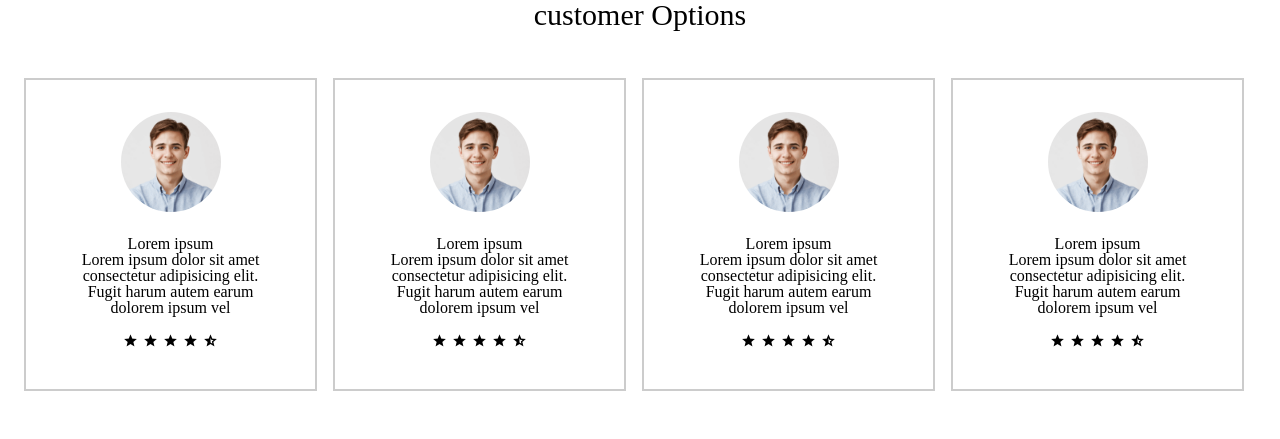
Repository: dinhhaidh/slider-3
Page: index.html
An editor plug-in stored every save of this project. The page is shown before and after the next save, followed by the edit.
The browser window is 1280 px wide. The pictures show the whole page.

Above is the page before, as saved 2024-03-22 21:07:43.

### index.html
<!DOCTYPE html>
<html lang="en">
<head>
    <meta charset="UTF-8">
    <meta name="viewport" content="width=device-width, initial-scale=1.0">
    <title>Document</title>
    <link rel="stylesheet" href="https://cdnjs.cloudflare.com/ajax/libs/remixicon/4.2.0/remixicon.min.css">

    <link rel="stylesheet" href="./css/swiper-bundle.min.css">

    <link rel="stylesheet" href="./css/style.css">

</head>
<body>
    <div class="customer">
        <h3 class="customer__title">customer Options</h3>
        <div class="customer__container container">
            <div class="customer__swiper swiper">
                <div class="swiper-wrapper">
                    <article class="customer__article swiper-slide">
                        <img src="./img1.png" alt="image" class="customer__img">

                        <h2 class="customer__heading">Lorem ipsum</h2>
                        <p>
                            Lorem ipsum dolor sit amet consectetur adipisicing elit. Fugit harum autem earum dolorem ipsum vel
                        </p>
                        <div class="customer__star">
                            <i class="ri-star-s-fill"></i>
                            <i class="ri-star-s-fill"></i>
                            <i class="ri-star-s-fill"></i>
                            <i class="ri-star-s-fill"></i>
                            <i class="ri-star-half-s-line"></i>
                        </div>
                    </article>
                    <article class="customer__article swiper-slide">
                        <img src="./img1.png" alt="image" class="customer__img">

                        <h2 class="customer__heading">Lorem ipsum</h2>
                        <p>
                            Lorem ipsum dolor sit amet consectetur adipisicing elit. Fugit harum autem earum dolorem ipsum vel
                        </p>

                        <div class="customer__star">
                            <i class="ri-star-s-fill"></i>
                            <i class="ri-star-s-fill"></i>
                            <i class="ri-star-s-fill"></i>
                            <i class="ri-star-s-fill"></i>
                            <i class="ri-star-half-s-line"></i>
                        </div>
                    </article>

                    <article class="customer__article swiper-slide">
                        <img src="./img1.png" alt="image" class="customer__img">

                        <h2 class="customer__heading">Lorem ipsum</h2>
                        <p>
                            Lorem ipsum dolor sit amet consectetur adipisicing elit. Fugit harum autem earum dolorem ipsum vel
                        </p>

                        <div class="customer__star">
                            <i class="ri-star-s-fill"></i>
                            <i class="ri-star-s-fill"></i>
                            <i class="ri-star-s-fill"></i>
                            <i class="ri-star-s-fill"></i>
                            <i class="ri-star-half-s-line"></i>
                        </div>
                    </article>
                </div>
            </div>
            <!-- If we need pagination -->
            <div class="swiper-pagination"></div>
        </div>
    </div>


    <script src="./js/swiper-bundle.min.js"></script>
    <script src="./js/app.js"></script>
</body>
</html>

### css/style.css
*,
*:before,
*:after {
  box-sizing: border-box;
}
* {
  margin: 0;
  padding: 0;
  font: inherit;
}
img,
picture,
svg,
video {
  display: block;
  max-width: 100%;
}
input,
select,
textarea {
  background-color: transparent;
  outline: none;
}
button {
  cursor: pointer;
  background-color: transparent;
  outline: none;
  border: 0;
}
body {
  min-height: 100vh;
  font-weight: 400;
  font-size: 16px;
  line-height: 1;
}


.container{
    max-width: 1220px;
    Margin-inline: 1.5rem;
}


.customer__title{
    text-align: center;
    margin-bottom: 3rem;
    font-size: 30px;
}

.customer__article{
  text-align: center;
    padding: 2rem 3rem 2.5rem;
    background-color: #fff;
    border: 2px solid #ccc;
    transition: border .4s, background-color .4s;
}
.customer__img{
    width: 100px;
    border-radius: 50%;
    margin: 0 auto 1.5rem;
}
.customer__heading{
  font-size: 2;
}
.customer__article p {
    margin-bottom: 1rem;
    text-align: center;
}
.customer__star{

}
.ri-star-s-fill{

}
.ri-star-half-s-line{

}

### js/app.js
// let swiperCustomer = new Swiper('.customer__swiper', {
//     loop: true,
//     spaceBetween: 16,
//     slidesPerView: 'auto',
//     centeredSlides: 'auto',

//     breakpoints: {
//         1150: {
//             slidesPerView: 3,
//             centeredSlides: false,
//         },
//     }
// });

let swiperCustomer = new Swiper('.customer__swiper', {
    loop: true,
    spaceBetween: 16,
    slidesPerView: 'auto',
    centeredSlides: 'auto',

    navigation: {
        nextEl: '.swiper-button-next',
        prevEl: '.swiper-button-prev',
    },

    breakpoints: {
        1150: {
            slidesPerView: 4,
            centeredSlides: false,
        }
    }
});

Loaded but not shown: css/swiper-bundle.min.css (library); js/swiper-bundle.min.js (library)

After the next save:
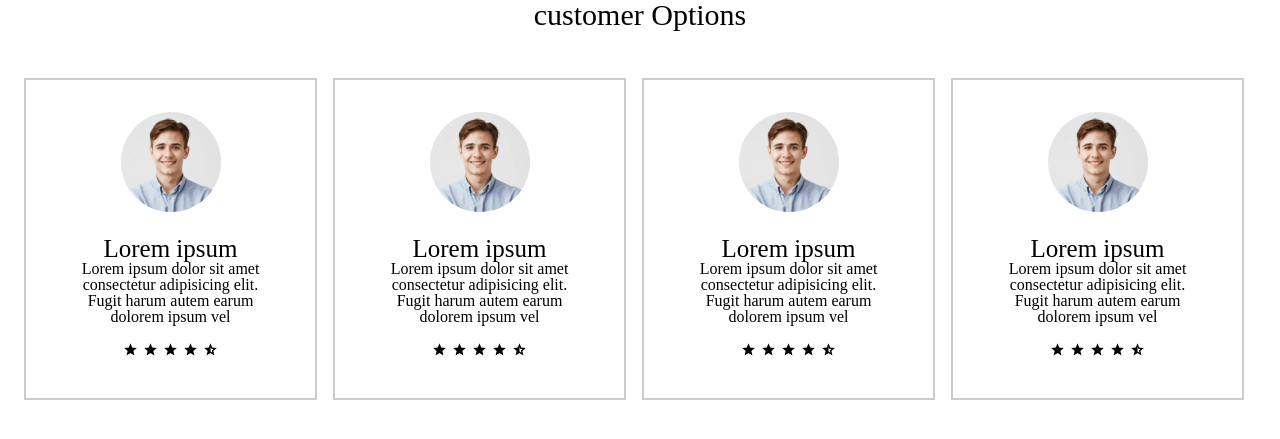
Saved 4 s later.
--- a/css/style.css
+++ b/css/style.css
@@ -60,7 +60,8 @@ body {
     margin: 0 auto 1.5rem;
 }
 .customer__heading{
-  font-size: 2;
+  font-size: 25px;
+  m
 }
 .customer__article p {
     margin-bottom: 1rem;
